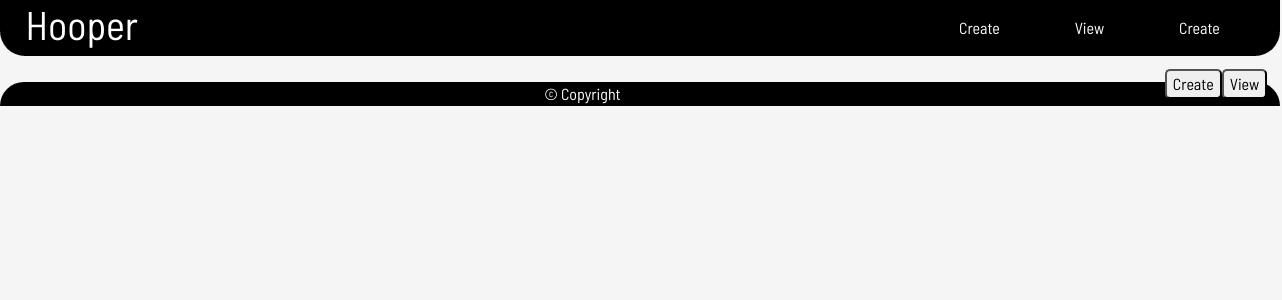
Repository: vlasarte/Hooper
Page: index.html
These files come from the project's save history. The page is drawn as it stood at one moment and after the next save; the edit follows.
The browser window is 1280 px wide. The page is 1280 px wide, then 1282 px, so the pictures cover 1282 px, including what lies to the right of the window. The pictures show the whole page.

Above is the page before, as saved 2020-02-24 17:28:53.

### index.html
<!DOCTYPE html>
<!--[if lt IE 7]>      <html class="no-js lt-ie9 lt-ie8 lt-ie7"> <![endif]-->
<!--[if IE 7]>         <html class="no-js lt-ie9 lt-ie8"> <![endif]-->
<!--[if IE 8]>         <html class="no-js lt-ie9"> <![endif]-->
<!--[if gt IE 8]><!--> <html class="no-js"> <!--<![endif]-->
    <head>
        <meta charset="utf-8">
        <meta http-equiv="X-UA-Compatible" content="IE=edge">
        <title>Hooper</title>
        <meta name="description" content="">
        <meta name="viewport" content="width=device-width, initial-scale=1">
        <link href="https://fonts.googleapis.com/css?family=Barlow+Semi+Condensed&display=swap" rel="stylesheet">
        <link rel="stylesheet" href="https://stackpath.bootstrapcdn.com/bootstrap/4.3.1/css/bootstrap.min.css" integrity="sha384-ggOyR0iXCbMQv3Xipma34MD+dH/1fQ784/j6cY/iJTQUOhcWr7x9JvoRxT2MZw1T" crossorigin="anonymous">
        <link rel="stylesheet" href="assets/css/style.css">
    </head>
    <body>

        <header>
            <h1>Hooper</h1>
            <div class="dropdown">
                <button class="dropbtn">Create</button>
                <div class="dropdown-content">
                    <a href="#">Player</a>
                    <a href="#">Team</a>
                    <a class="dropdown-content-last" href="#">Game</a>
                </div>
            </div>
            <div class="dropdown">
                <button class="dropbtn">View</button>
                <div class="dropdown-content">
                    <a href="viewplayers.html">Players</a>
                    <a href="#">Teams</a>
                    <a class="dropdown-content-last" href="#">Games</a>
                </div>
            </div>
            <div class="dropdown">
                <button style="border-radius: 25px;" class="dropbtn">Create</button>
            </div>
        </header>

        <div class="body-container">

            <button style="float: right;">View</button>
            <button style="float: right;">Create</button>

        </div>


        <footer>
            &copy Copyright
        </footer>

        <script src="assets/js/javascript.js" async defer></script>
    </body>
</html>

### assets/css/style.css
/* default settings */

body {
    font-family: 'Barlow Semi Condensed', sans-serif;
    background: whitesmoke;
}


/* header section */

header {
    font-family: 'Barlow Semi Condensed', sans-serif;
    width: 100%;
    height: 56px;
    background: black;
    color: white;
    padding: 0% 2%;
    border-radius: 0px 0px 25px 25px;
    position: sticky;
    top: 0;
    z-index: 1;
}

header h1 {
    float: left;
    height: 56px;
    margin: 0px;
}


/* hover dropdowns */

.dropbtn {
    height: 56px;
    font-family: 'Barlow Semi Condensed', sans-serif;
    min-width: 100px;
    background-color: black;
    color: white;
    padding: 16px;
    font-size: 16px;
    border: none;
    border-radius: 25px 25px 0px 0px;
}

.dropdown {
    margin: 0px 5px;
    float: right;
    position: relative;
    display: inline-block;
}

.dropdown-content {
    text-align: center;
    display: none;
    position: absolute;
    background-color: #f1f1f1;
    width: 100px;
    box-shadow: 0px 8px 16px 0px rgba(0, 0, 0, 0.2);
    z-index: 1;
    border-radius: 0px 0px 25px 25px;
}

.dropdown-content a {
    color: black;
    padding: 12px 16px;
    text-decoration: none;
    display: block;
}

.dropdown-content a:hover {
    background-color: #ddd;
}

.dropdown:hover .dropdown-content {
    display: block;
}

.dropdown:hover .dropbtn {
    background-color: #ddd;
    color: black;
}

.dropdown-content-last {
    border-radius: 0px 0px 25px 25px;
}

/* body container */

.body-container {
    padding: 1%;
}

button {
    border-radius: 5px;
}

th {
    text-align: center;
    color: black;
    font-weight: bold;
}

td {
    text-align: center;
}


/* footer section */

footer {
    width: 100%;
    text-align: center;
    background: black;
    color: white;
    border-radius: 25px 25px 0px 0px;
}

### assets/js/javascript.js
var player = {
    name: "LeBron James",
    team: "LAL",
    position: "SF",
    PPG: 25.0,
    APG: 10.8,
    RPG: 7.8
}

var playerName = [
    "LeBron James",
    "Anthony Davis",
    "James Harden",
    "Kawhi Leonard",
    "Luka Doncic",
    ""]

After the next save:
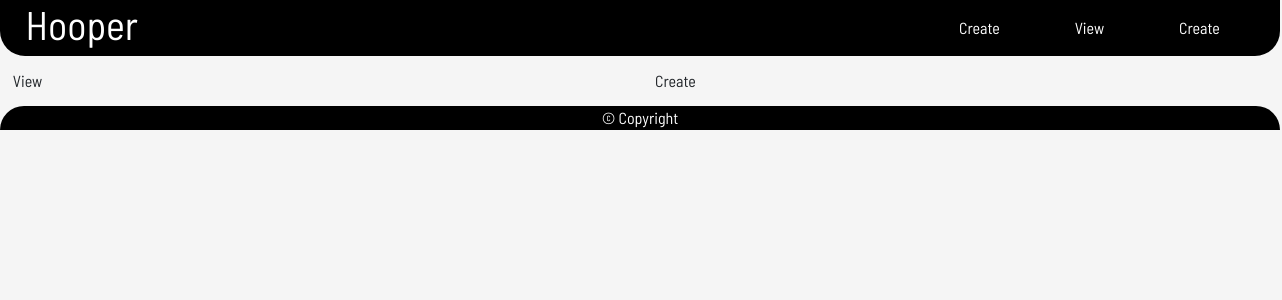
Saved 76 s later.
--- a/index.html
+++ b/index.html
@@ -40,9 +40,10 @@
 
         <div class="body-container">
 
-            <button style="float: right;">View</button>
-            <button style="float: right;">Create</button>
-
+            <div class="row">
+                <div class="col-6">View</div>
+                <div class="col-6">Create</div>
+            </div>
         </div>
 
 
